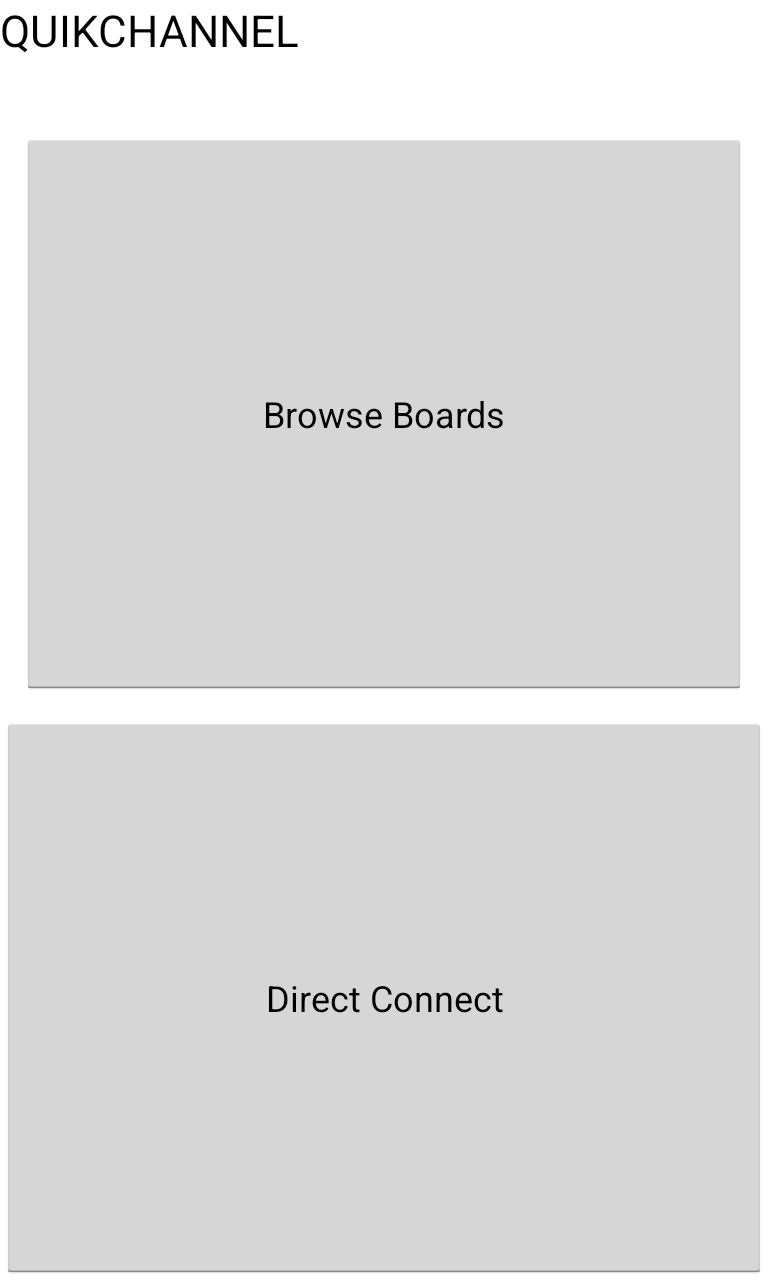
Repository: tomacoast/Quik-Channel
Layout: WorkspaceI/Quikchannel/res/layout/activity_main.xml
An editor plug-in stored every save of this project. The layout is shown before and after the next save, followed by the edit.
It is drawn on a 768 x 1280 px phone screen (xhdpi) without system bars, with theme AppTheme; the app's code is not run.

Above is the layout before, as saved 2014-05-21 06:41:53.

### WorkspaceI/Quikchannel/res/layout/activity_main.xml
<LinearLayout xmlns:android="http://schemas.android.com/apk/res/android"
    android:layout_width="fill_parent"
    android:layout_height="fill_parent"
    android:orientation="vertical" >

    <TextView
        android:id="@+id/textView1"
        android:layout_width="fill_parent"
        android:layout_height="0dip"
        android:text="@string/main_title"
        android:layout_weight="1"
        android:textAppearance="?android:attr/textAppearanceLarge" />
    <Button
        android:id="@+id/button1"
        android:layout_margin="10sp"
        android:layout_width="fill_parent"
        android:layout_height="0dp"
        android:layout_weight="5"
        android:text="@string/browse_boards_button" />
    <Button
        android:id="@+id/button1"
        android:layout_width="fill_parent"
        android:layout_height="0dp"
        android:layout_weight="5"
        android:text="@string/direct_connect_button" />

</LinearLayout>

### WorkspaceI/Quikchannel/res/values/strings.xml
<?xml version="1.0" encoding="utf-8"?>
<resources>

    <string name="ip">INSERT IP HERE</string>

    <string name="app_name">Quikchannel</string>
    <string name="action_settings">Settings</string>
    <string name="direct_connect_button">Direct Connect</string>
    <string name="browse_boards_button">Browse Boards</string>
    <string name="main_title">QUIKCHANNEL</string>
    <string name="add_entry">Add a post</string>
    <string name="add_thread">Add a thread</string>
    <string name="make_post_title">Add a post</string>
    <string name="make_thread_title">Add a thread</string>
    <string name="submit">Submit</string>
    <string name="author">Author</string>
    <string name="title">Title</string>

</resources>

Loaded but not shown: WorkspaceI/Quikchannel/res/values/styles.xml (common file); WorkspaceI/Quikchannel/res/values-v11/styles.xml (common file); WorkspaceI/Quikchannel/res/values-v14/styles.xml (common file)

After the next save:
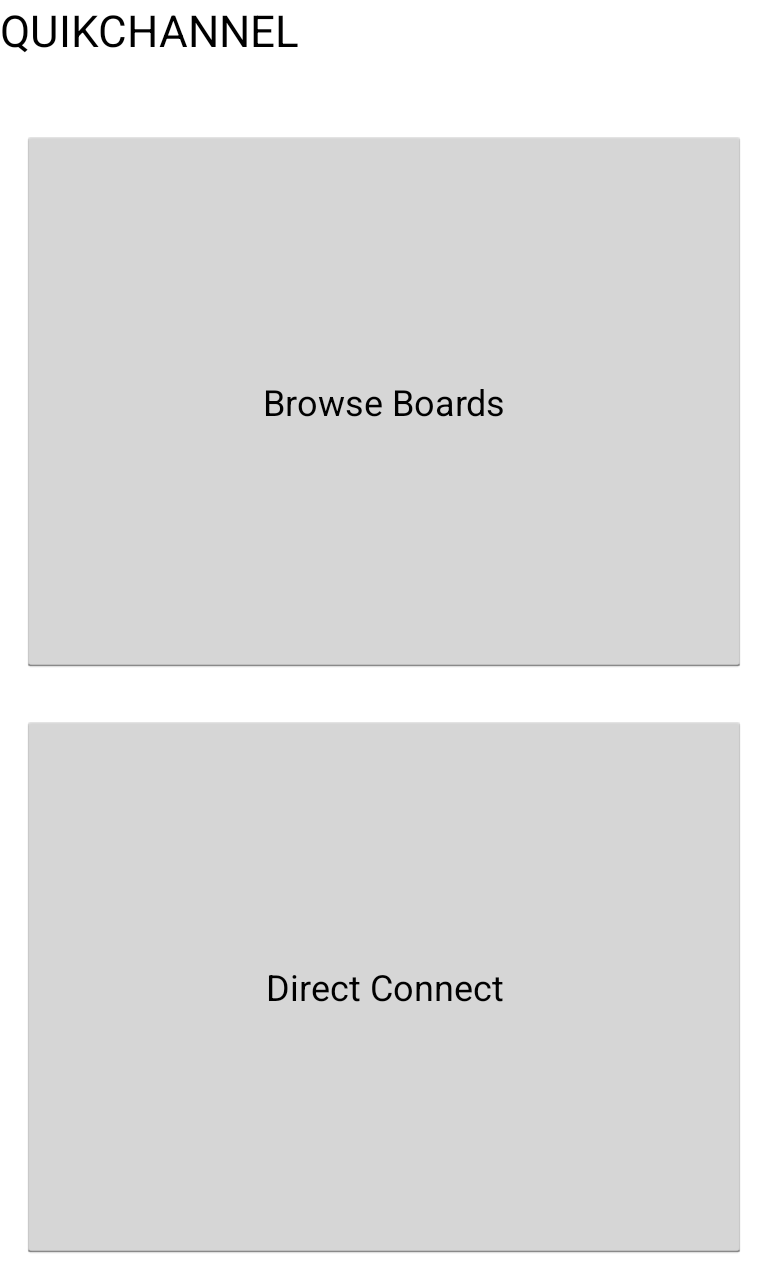
Saved 12 s later.
--- a/WorkspaceI/Quikchannel/res/layout/activity_main.xml
+++ b/WorkspaceI/Quikchannel/res/layout/activity_main.xml
@@ -19,6 +19,7 @@
         android:text="@string/browse_boards_button" />
     <Button
         android:id="@+id/button1"
+        android:layout_margin="10sp"
         android:layout_width="fill_parent"
         android:layout_height="0dp"
         android:layout_weight="5"
